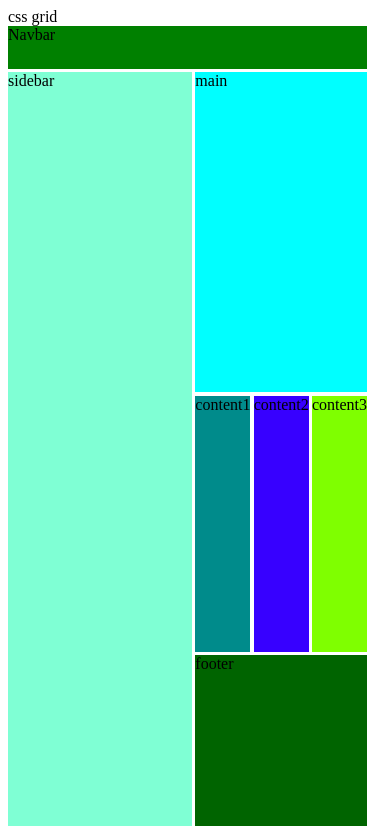
Repository: miraclesamson/cssgrid
Page: index.html
These files come from the project's save history. The page is drawn as it stood at one moment and after the next save; the edit follows.
The browser window is 375 px wide. The pictures show the whole page.

Above is the page before, as saved 2022-06-24 13:04:42.

After the next save:
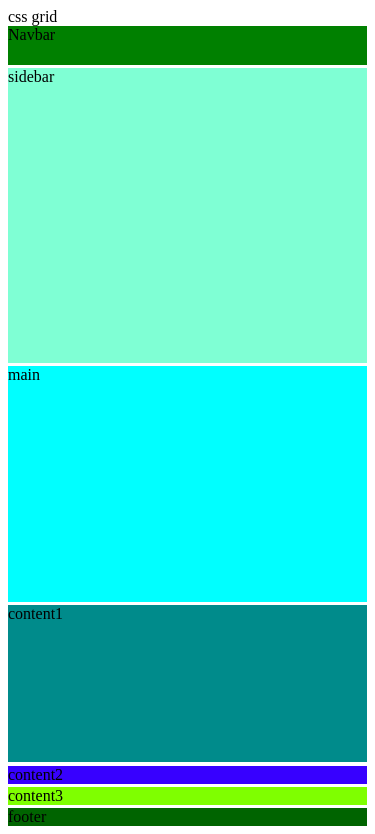
Saved 40 s later.
--- a/style.css
+++ b/style.css
@@ -46,9 +46,9 @@ main {
       "nav"
       "sidebar"
       "main"
-      content1
-      content2
-      content3
-      footer;
+      "content1"
+      "content2"
+      "content3"
+      "footer";
   }
 }
